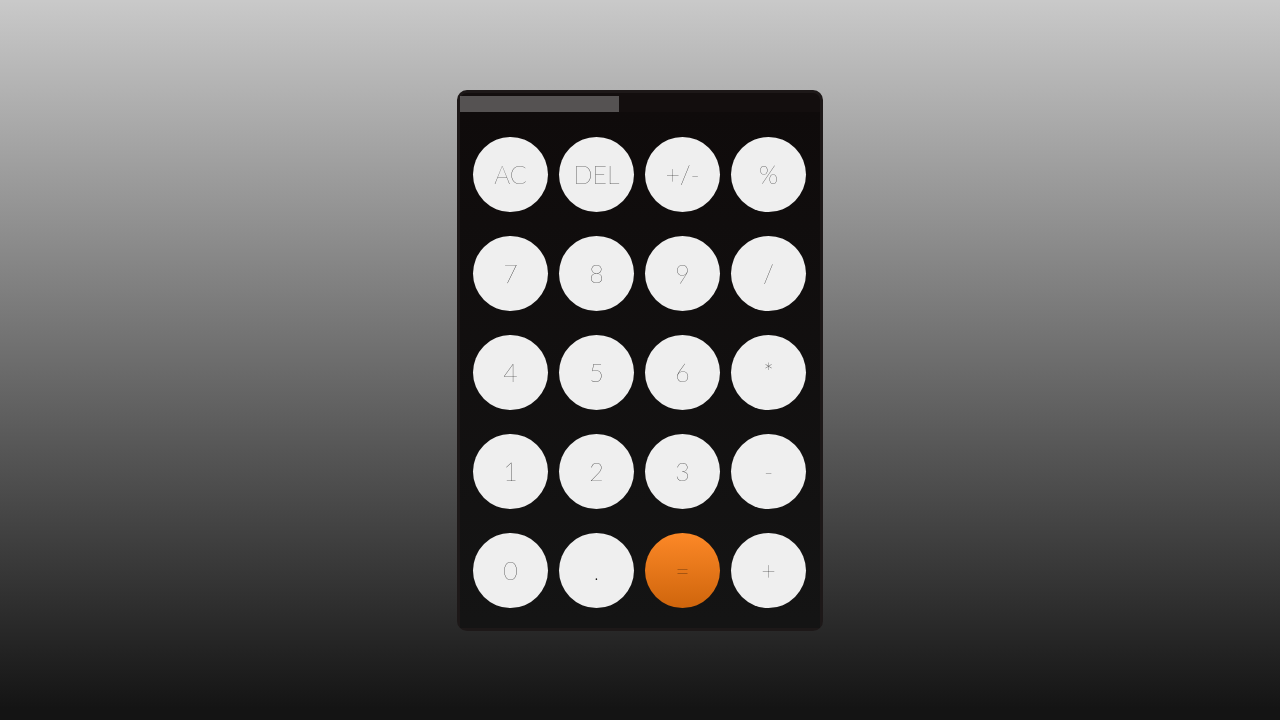
Repository: MhlengiNgubane/BrainnestJsTwo
Page: index.html
The author's editor kept a copy of each file at every save. The page is drawn from the files as they stood at one save, then again after the next save.
The browser window is 1280 px wide. The pictures show the whole page.

Above is the page before, as saved 2022-09-12 09:26:08.

### index.html
<!DOCTYPE html>
<html lang="en">
<head>
    <meta charset="UTF-8">
    <meta http-equiv="X-UA-Compatible" content="IE=edge">
    <meta name="viewport" content="width=device-width, initial-scale=1.0">
    <title>CALCULATOR</title>

    <link rel="stylesheet" href="style.css">
</head>
    <body>
        <div class="wrapper">
            <div class="container">
                <input type="text" class="input" value="" disabled />
                <div class="buttons">
                    <button value="AC" class="brown clear">AC</button>
                    <button value="DEL" class="brown delete">DEL</button>
                    <button value="+/-" class="brown plusMinus">+/-</button>
                    <button value="%" class="brown percent">%</button>

                    <button value="7" class="number">7</button>
                    <button value="8" class="number">8</button>
                    <button value="9" class="number">9</button>
                    <button value="/" class="brown operator">/</button>

                    <button value="4" class="number">4</button>
                    <button value="5" class="number">5</button>
                    <button value="6" class="number">6</button>
                    <button value="*" class="brown operator">*</button>

                    <button value="1" class="number">1</button>
                    <button value="2" class="number">2</button>
                    <button value="3" class="number">3</button>
                    <button value="-" class="brown operator">-</button>

                    <button value="0" class="zero number">0</button>
                    <button value="." class="decimal">.</button>
                    <button value="=" class="equal operator">=</button>
                    <button value="+" class="brown operator">+</button>
                </div>
            </div>
        </div>
        <script src="App.js"></script>
    </body>
</html>

### style.css
* {
    border: 0;
    margin: 0;
    padding: 0;
    font-family: 'lato';
    font-weight: 100;
}

body{
    font-family: 'Roboto';
    font-weight: 400;
    background: linear-gradient(360deg, #141414 1.56%, rgba(0, 0, 0, 0.21) 100%);
    width: 100%;
    height: 100vh;
    display: flex;
    flex-direction: column;
    align-items: center;
    justify-content: center;
}



.container{
    align-items: center;
    margin: auto;
    margin-top: 60px;
    width: 360px;
    border: 20px;
    border: 3px solid #1d1818;
    background-color: #130e0e;
    border-radius: 10px;
    margin-bottom: 60px;
}

.display {
    position: relative;
    width: 355px;
    height: 125px;
    border: 3px solid #2f2f2f;
    text-align: right;
    border-radius: 8px;
    background-color: #2f2f2f;
    color: #fff;
}

.display p {
    position: absolute;
    bottom:0;
    right:0;
    font-size: 60px;
}

.buttons{
    display: grid;
    grid-template-columns: repeat(4, 1fr);
    row-gap: 10px;
    column-gap: 10px;
    background: linear-gradient(360deg, #141414 1.56%, rgba(0, 0, 0, 0.21) 100%);
    padding: 18px 13px 13px 13px;
}

button{
    border: 1;
    outline: none;
    height: 75px;
    width: 75px;
    border-radius: 70px;
    text-align: center;
    margin-top: 7px;
    margin-bottom: 7px;
    font-size: 25px;
}

.grey{
    background: linear-gradient(180deg, #7F878C 0%, #4C5154 100%);
}


.equal{
    background: linear-gradient(180deg, #FC8827 0%, #CF650C 100%);
}

@media(max-width: 430px){
    .wrapper{
        width: 100%;
        height: 100%;
        border-radius: 0;
    }

    .buttons{
        row-gap: 5px;
        column-gap: 5px;
        background: linear-gradient(360deg, #141414 1.56%, rgba(0, 0, 0, 0.21) 100%);
        padding: 18px 13px 13px 13px;
    }


}

### App.js
/* Add two numbers */
function add(firstNumber, secondNumber){
  return firstNumber + secondNumber;
}
/* subtract two numbers */
function subtract(firstNumber, secondNumber){
  return firstNumber - secondNumber;
}
/* multiply two numbers */
function multiply(firstNumber, secondNumber){
  return firstNumber * secondNumber;
}
/* divide two numbers */
function divide(firstNumber, secondNumber){
  return firstNumber / secondNumber;
}
/* Make the operations */
function operate(operator, firstNumber, secondNumber){
  if(operator === '+'){
      return add(firstNumber, secondNumber);
  }
  else if(operator === '-'){
      return subtract(firstNumber, secondNumber);
  }
  else if(operator === '*'){
      return multiply(firstNumber, secondNumber);
  }
  else if(operator === '/'){
      return divide(firstNumber, secondNumber);
  }
  return secondNumber;
}

const display = document.querySelector('.display');

const calculator = {
  displayValue: '0',
  firstNumber: null,
  operator: null,
  secondNumber: false,
};

function clear() {
  calculator.displayValue = '0';
  calculator.firstNumber = null;
  calculator.operator = null;
  calculator.secondNumber = false;
}

function updateDisplay() {
  display.value = calculator.displayValue;
}

const buttons = document.querySelector('.buttons');
buttons.addEventListener('click', (e) => {
const target = e.target;

  if (!target.matches('button')) {
      return;
  }

  if (target.classList.contains('clear')) {
      clear();
      updateDisplay();
      return;
  }

  if (target.classList.contains('delete')) {
      undo();
      return;
  }

  if (target.classList.contains('plusMinus')) {
      plusMinus();
      return;
  }

  if (target.classList.contains('percent')) {
      percentage();
      return;
  }

  if (target.classList.contains('decimal')) {
      decimal(target.value);
      updateDisplay();
      return;
  }

  if (target.classList.contains('operator')) {
      calculate(target.value);
      updateDisplay();
      return;
  }

      displayNumber(target.value);
      updateDisplay();
});

function undo(){
  display.value = display.value.slice(0, -1);
  calculator.displayValue = display.value;
}

function plusMinus(){
  let displayPlusMinus = calculator.displayValue;
  if(displayPlusMinus >= 0){
      display.value = '-' + displayPlusMinus;
  }
  calculator.displayValue = display.value;
}

function percentage(){
  let displayPercent = calculator.displayValue;
  if(displayPercent != 0){
      display.value = displayPercent / 100;
  }
 calculator.displayValue = display.value;
}

function decimal(dot) {
  if (calculator.secondNumber === true) {
      calculator.displayValue = '0.'
      calculator.secondNumber = false;
      return
  }
  if (!calculator.displayValue.includes(dot)) {
      calculator.displayValue += dot;
  }
}

function displayNumber(number) {
  let displayValue = calculator.displayValue;
  const secondNumber = calculator.secondNumber;

  if (secondNumber === true) {
      calculator.displayValue = number;
      calculator.secondNumber = false;
  }
  else if(displayValue === '0'){
      calculator.displayValue = number;
  }
  else{
      calculator.displayValue = displayValue + number;
  }
}

function calculate(inputOperator) {
  const firstNumber = calculator.firstNumber;
  const displayValue = calculator.displayValue;
  const operator  = calculator.operator;

  const inputValue = parseFloat(displayValue);

  if (operator && calculator.secondNumber)  {
      calculator.operator = inputOperator;
      return;
    }

  if (firstNumber == null) {
      calculator.firstNumber = inputValue;

  } else if (operator) {
      const result = operate(operator, firstNumber, inputValue);
      calculator.displayValue = `${parseFloat(result.toFixed(6))}`;
      calculator.firstNumber = result;
  }
  calculator.secondNumber = true;
  calculator.operator = inputOperator;
  console.log(calculator);
}

After the next save:
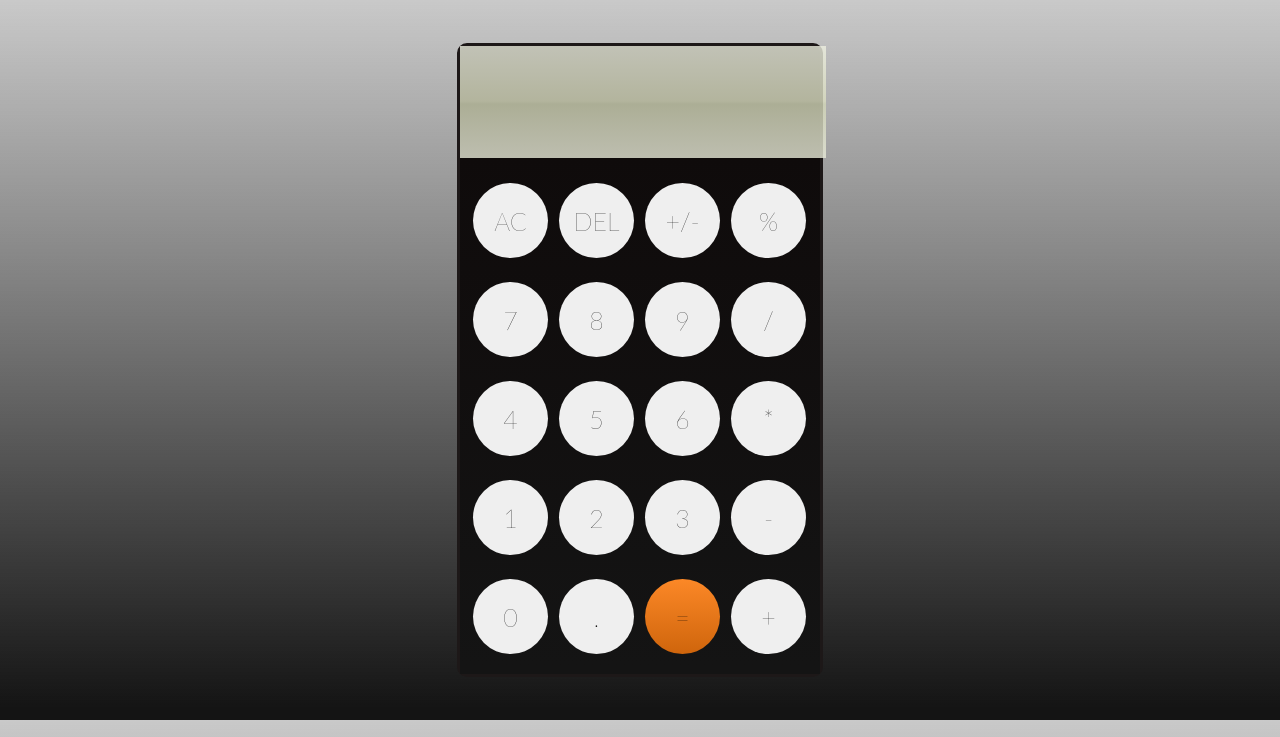
Saved 14 s later.
--- a/style.css
+++ b/style.css
@@ -32,22 +32,21 @@ body{
     margin-bottom: 60px;
 }
 
-.display {
-    position: relative;
-    width: 355px;
-    height: 125px;
-    border: 3px solid #2f2f2f;
-    text-align: right;
-    border-radius: 8px;
-    background-color: #2f2f2f;
-    color: #fff;
-}
-
-.display p {
-    position: absolute;
-    bottom:0;
-    right:0;
-    font-size: 60px;
+.input{
+    background: linear-gradient(360deg, #E8EAD8 0%, #D2D6B7 48.12%, #DBDEC1 50.76%, #EDEFE0 100%);
+    width: 94%;
+    min-height: 65px;
+    padding: 0 14px;
+    text-align:  end;
+    font-size: 48px;
+    line-height: 112px;
+    display: flex;
+    align-items: center;
+    justify-content: end;
+    color: #000000;
+    opacity: 0.8;
+    outline: none;
+    border: none;
 }
 
 .buttons{
